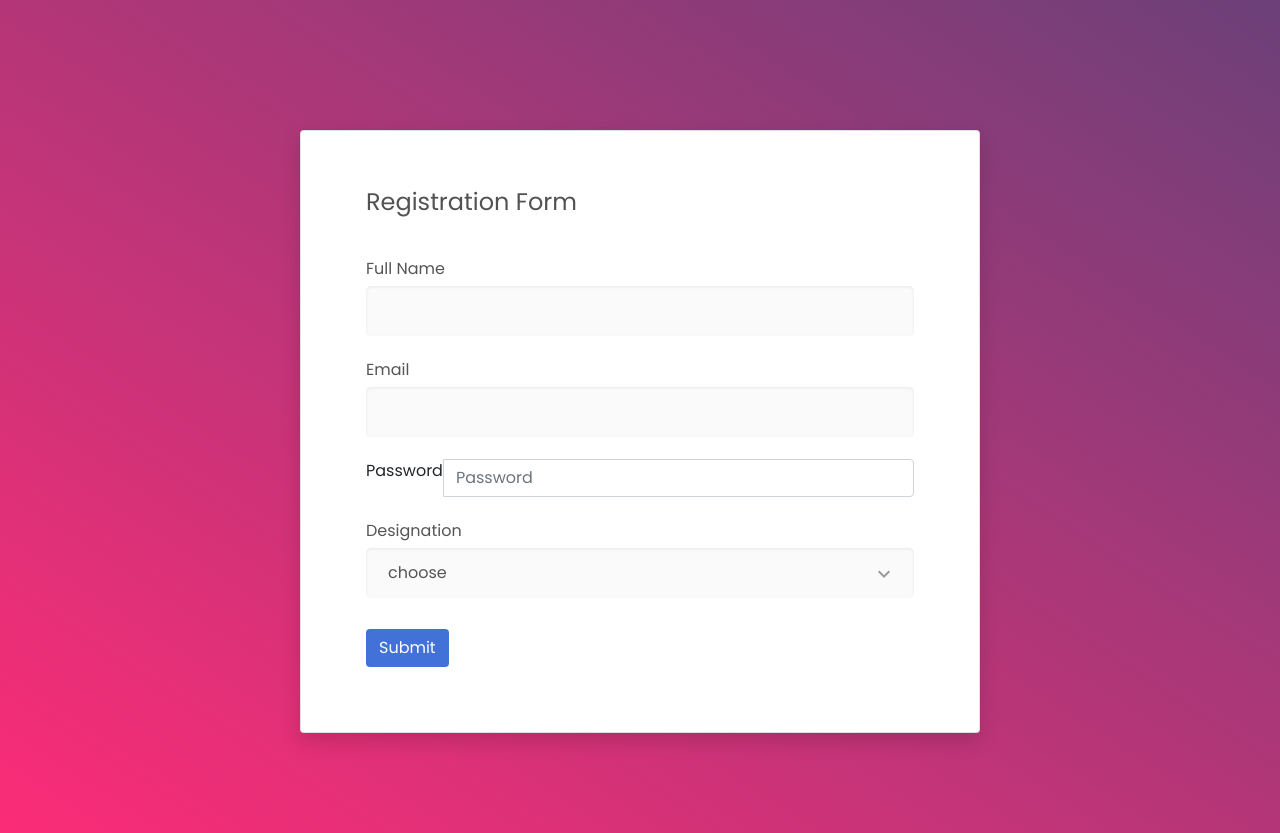
Repository: AbdulRehman0/registration
Page: http://localhost/registration.php
The author's editor kept a copy of each file at every save. The page is drawn from the files as they stood at one save, then again after the next save.
The browser window is 1280 px wide. The pictures show the whole page.
The page is run by PHP 8.4 with error messages shown; the project is at /var/www/html/.

Above is the page before, as saved 2021-01-05 15:43:27.

After the next save:
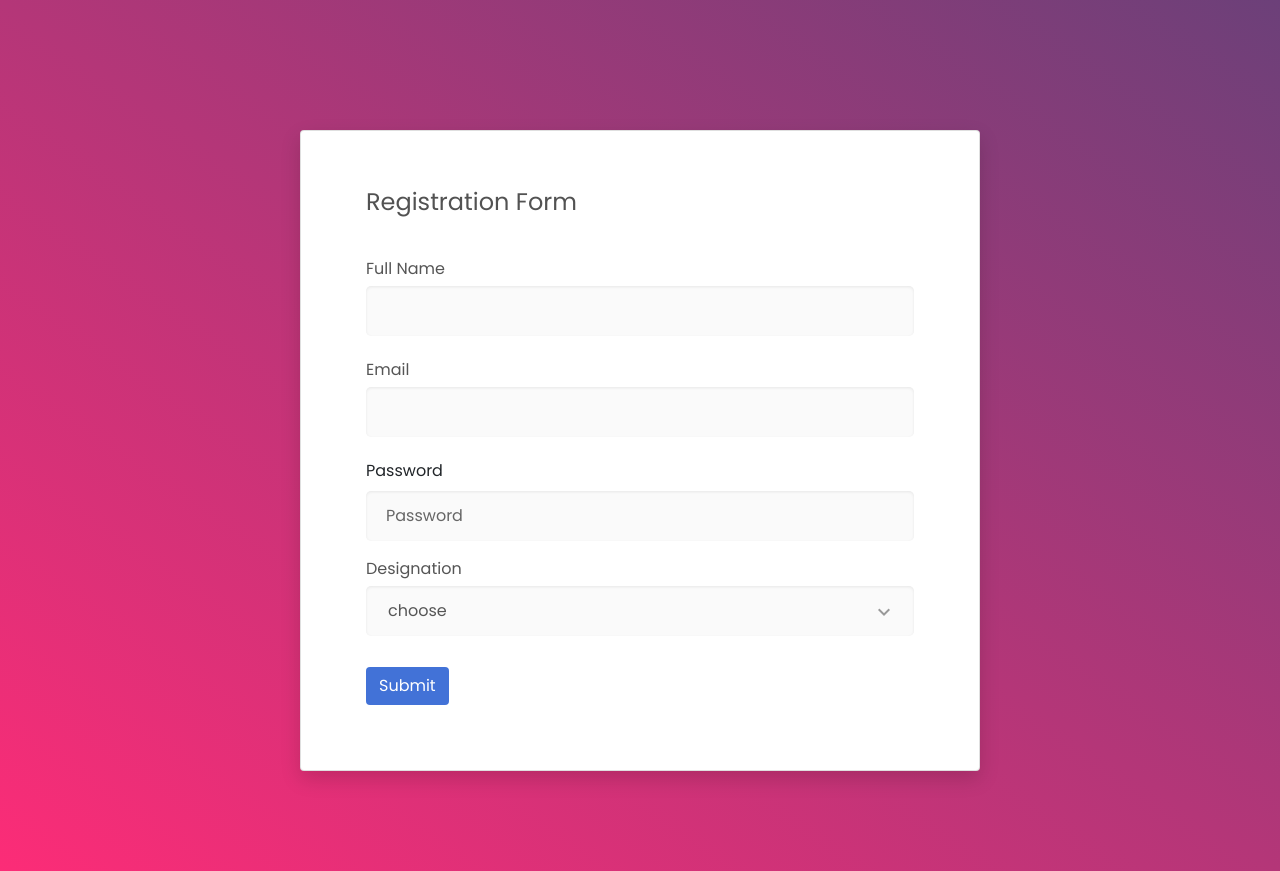
Saved 19 s later.
--- a/registration.php
+++ b/registration.php
@@ -28,9 +28,9 @@ include "./templates/header.php";
                         </div>
                         <div class="row row-space">
                             <div class="col-md-12">
-                                <div class="input-group">
+                                <div class="form-group">
                                     <label for="exampleInputPassword1">Password</label>
-                                    <input type="password" class="form-control"  placeholder="Password">
+                                    <input type="password" class="input--style-4" id="exampleInputPassword1" placeholder="Password">
                                 </div>
                             </div>
                         </div>
